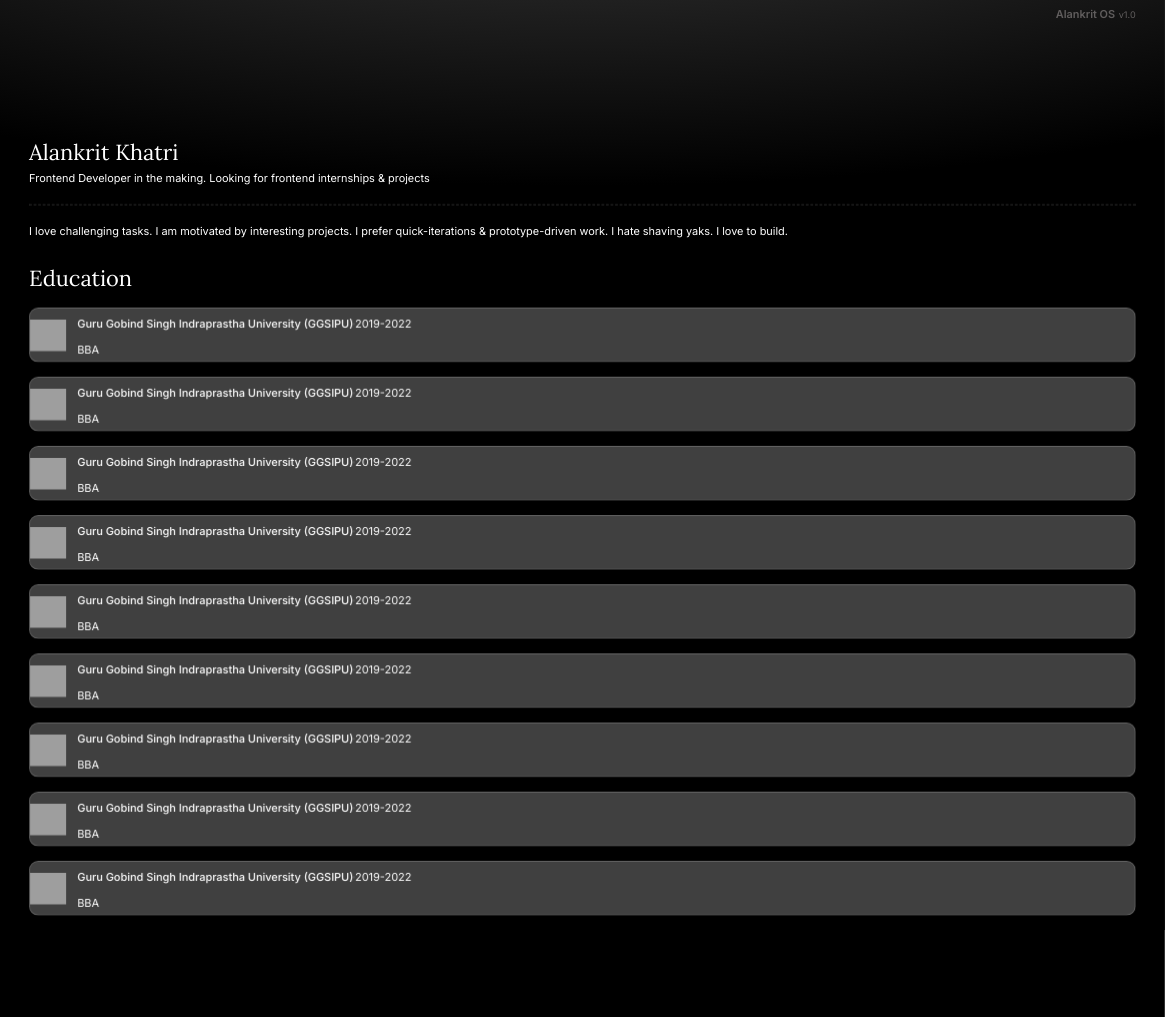
Repository: alankritkhatri/alankrit.xyz
Page: /
The author's editor kept a copy of each file at every save. The page is drawn from the files as they stood at one save, then again after a run of saves.
The browser window is 1280 px wide. The pictures show the whole page, at 91% of full size.
Pictures or frames that could not be fetched are drawn as grey boxes. The project was rebuilt for these pictures with package versions that can differ from the ones it lists, and the page was loaded fresh each time. Also part of the build but not shown: vite.config.js, src/blog.jsx.

Above is the page before, as saved 2024-08-11 21:10:48.

After the next 3 saves:
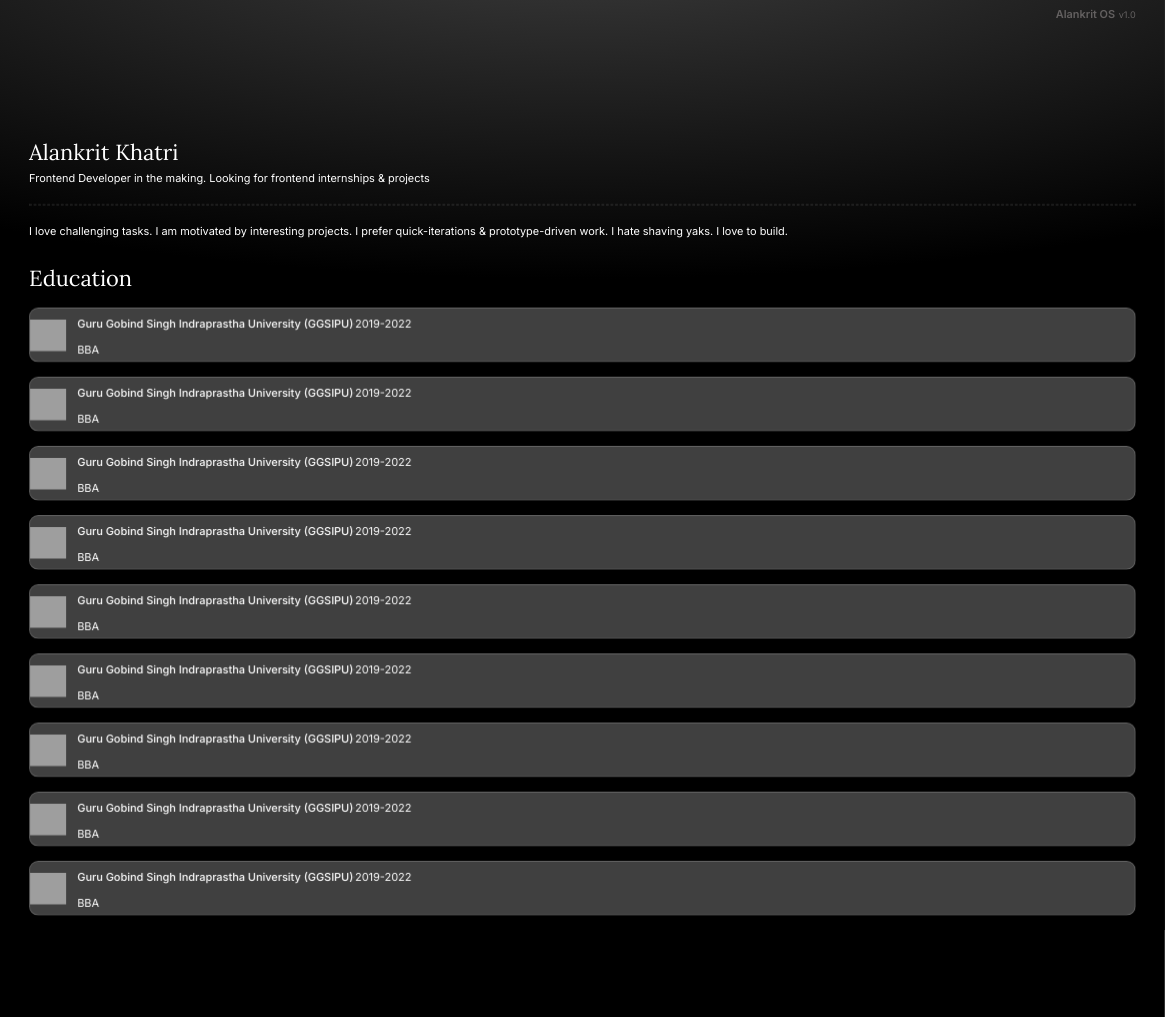
The 3 saves are shown as one change because they came seconds apart.
The last was saved 8 s later.
--- a/src/App.css
+++ b/src/App.css
@@ -7,7 +7,7 @@
 
 body,html{
   min-height: 100vh;
-background: radial-gradient(100% 40% at 50% -20%, #404040, #000000)
+background: radial-gradient(100% 40% at 50% -10%, #404040, #000000)
 }
 .main {
 
